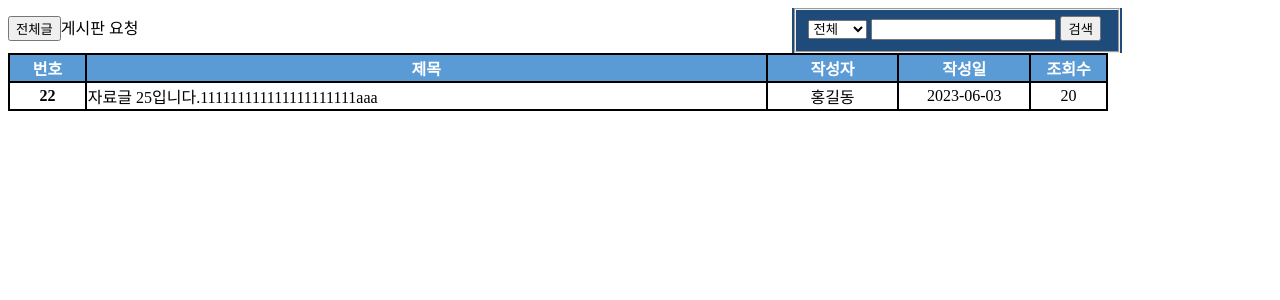
Repository: LJzero-dev/java-study
Page: http://localhost/ktbwos/bbs/request_list.jsp
The author's editor kept a copy of each file at every save. The page is drawn from the files as they stood at one save, then again after the next save.
The browser window is 1280 px wide. The pictures show the whole page.
The page is served by Tomcat 9. Other server files are loaded and not shown.

Above is the page before, as saved 2023-06-10 13:46:48.

### web/ktbwos/WebContent/bbs/request_list.jsp
<%@ page language="java" contentType="text/html; charset=UTF-8" pageEncoding="UTF-8"%>
<!DOCTYPE html PUBLIC "-//W3C//DTD HTML 4.01 Transitional//EN" "http://www.w3.org/TR/html4/loose.dtd">
<html>
<head>
<meta http-equiv="Content-Type" content="text/html; charset=UTF-8">
<style>
	a:link { color:black; text-decoration:none; }
	a:visited { color:black; text-decoration:none; }
	a:hover { color:black; text-decoration:underline; }
	table, th, td {
	border:2px solid black;
	border-collapse : collapse;
	}
	th { background-color:#5B9BD5; color:white;}
	td { text-align:center;}
</style>
<title>Insert title here</title>
</head>
<body>

<div width="1100">
<input type="button" value="전체글">게시판 요청
<form style="width:330px; background:#1E4B79; display:inline-block; margin-left: 650px " name="frmSch">
<fieldset>
		<select name="schtype">
			<option value="all" >전체</option>
			<option value="title" >제목</option>
			<option value="content" >내용</option>
			<option value="writer">작성자</option>
		</select>
		<input type="text" name="keyword" value="" />
		<input type="submit" value="검색" />
</fieldset>
</form>

	<table width="1100">
		<tr>
			<th width="7%">번호</th><th width="*">제목</th><th width="12%">작성자</th><th width="12%">작성일</th><th width="7%">조회수</th>
		</tr>
		<tr>
			<td><b>22</b></td><td><span style="float:left;">자료글 25입니다.111111111111111111111<a href="">aaa</a></span></td><td>홍길동</td><td>2023-06-03</td><td>20</td>
		</tr>
	</table>

</div>
</body>
</html>

After the next save:
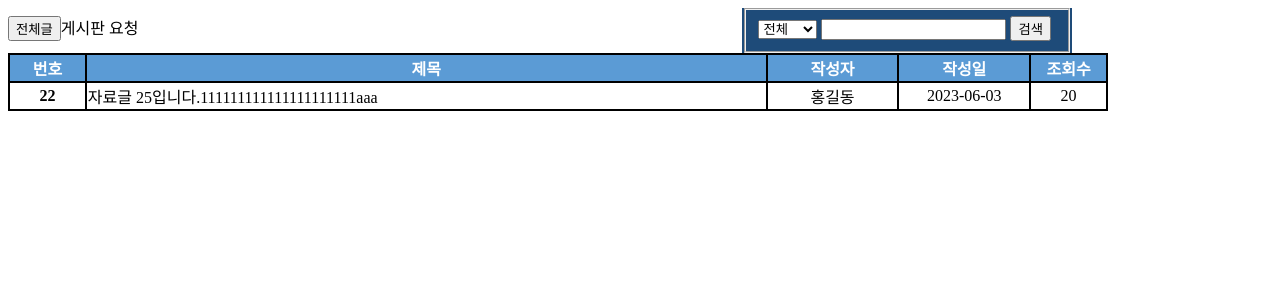
Saved 7 s later.
--- a/web/ktbwos/WebContent/bbs/request_list.jsp
+++ b/web/ktbwos/WebContent/bbs/request_list.jsp
@@ -20,7 +20,7 @@
 
 <div width="1100">
 <input type="button" value="전체글">게시판 요청
-<form style="width:330px; background:#1E4B79; display:inline-block; margin-left: 650px " name="frmSch">
+<form style="width:330px; background:#1E4B79; display:inline-block; margin-left: 600px " name="frmSch">
 <fieldset>
 		<select name="schtype">
 			<option value="all" >전체</option>
